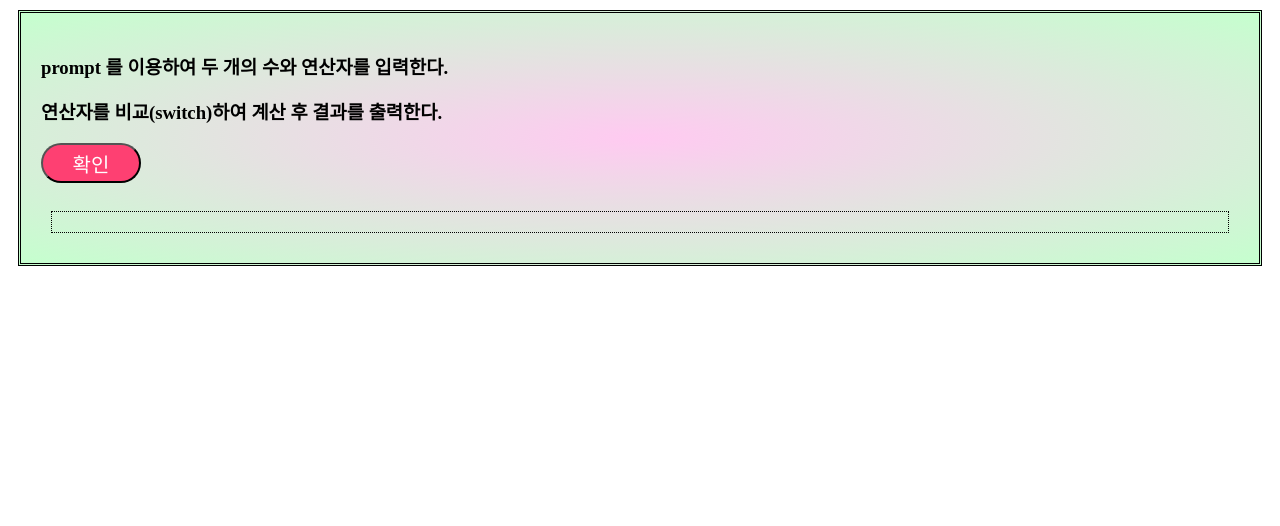
Repository: choidazzi/DDIT
Page: web programming/html/webpro/src/main/webapp/0502/switch문제.html
The author's editor kept a copy of each file at every save. The page is drawn from the files as they stood at one save, then again after the next save.
The browser window is 1280 px wide. The pictures show the whole page.

Above is the page before, as saved 2023-05-02 03:22:29.

After the next save:
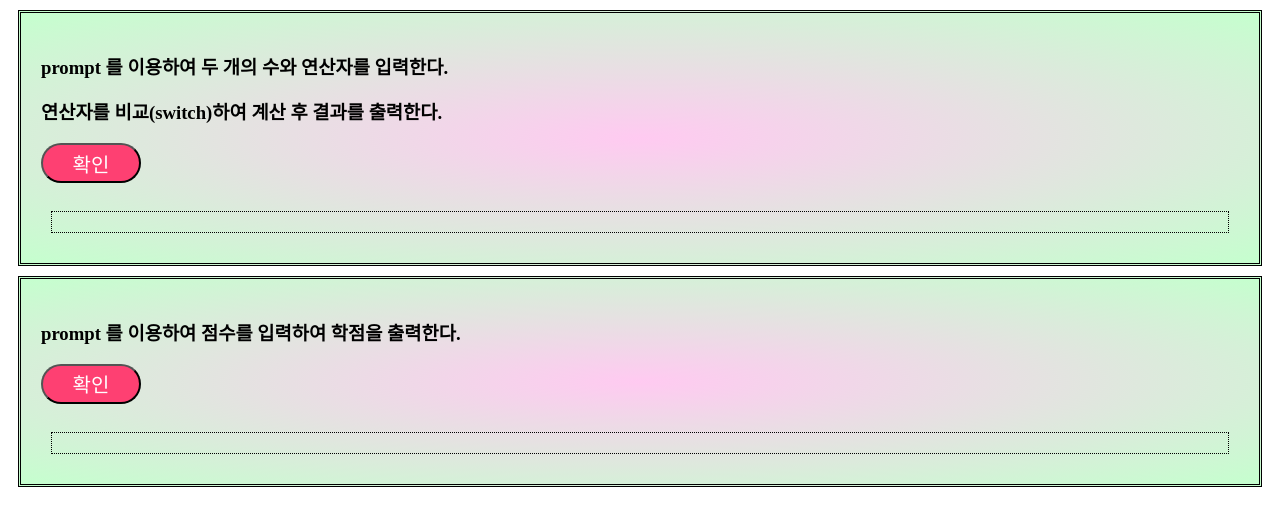
Saved 3 min 41 s later.
--- a/web programming/html/webpro/src/main/webapp/0502/switch문제.html
+++ b/web programming/html/webpro/src/main/webapp/0502/switch문제.html
@@ -43,5 +43,12 @@
 
 		<div id="result1" class="result"></div>
 	</div>
+	<div class="box">
+		<h3>prompt 를 이용하여 점수를 입력하여 학점을 출력한다.</h3>
+
+		<input type="button" value="확인" onclick="proc1()"> <br> <br>
+
+		<div id="result2" class="result"></div>
+	</div>
 </body>
 </html>
